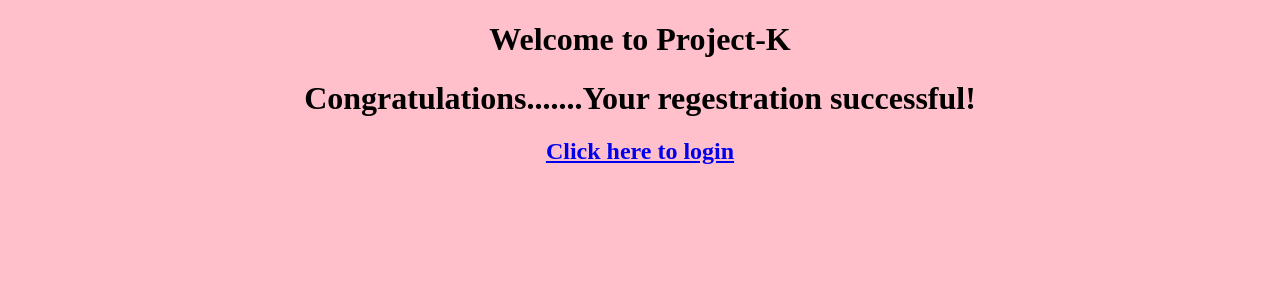
Repository: bpgujjari/Java-Logics
Page: conditional and looping programs/RathanSir/Project-K/src/main/webapp/regSuccess.html
An editor plug-in stored every save of this project. The page is shown before and after the next save, followed by the edit.
The browser window is 1280 px wide. The pictures show the whole page.

Above is the page before, as saved 2023-03-12 13:36:54.

After the next save:
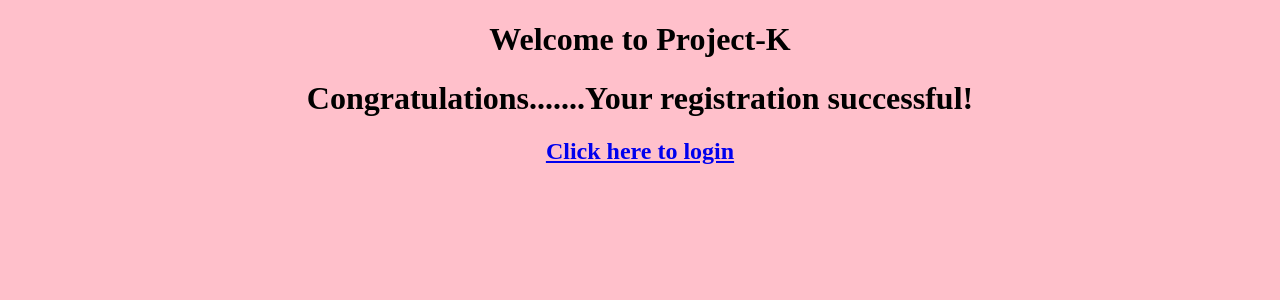
Saved 5 s later.
--- a/conditional and looping programs/RathanSir/Project-K/src/main/webapp/regSuccess.html
+++ b/conditional and looping programs/RathanSir/Project-K/src/main/webapp/regSuccess.html
@@ -6,7 +6,7 @@
 </head>
 <body bgcolor="pink" style="text-align: center;">
 <h1>Welcome to Project-K</h1>
-<h1>Congratulations.......Your regestration successful!</h1>
+<h1>Congratulations.......Your registration successful!</h1>
 <h2><a href="login.html">Click here to login</a></h2>
 
 </body>
